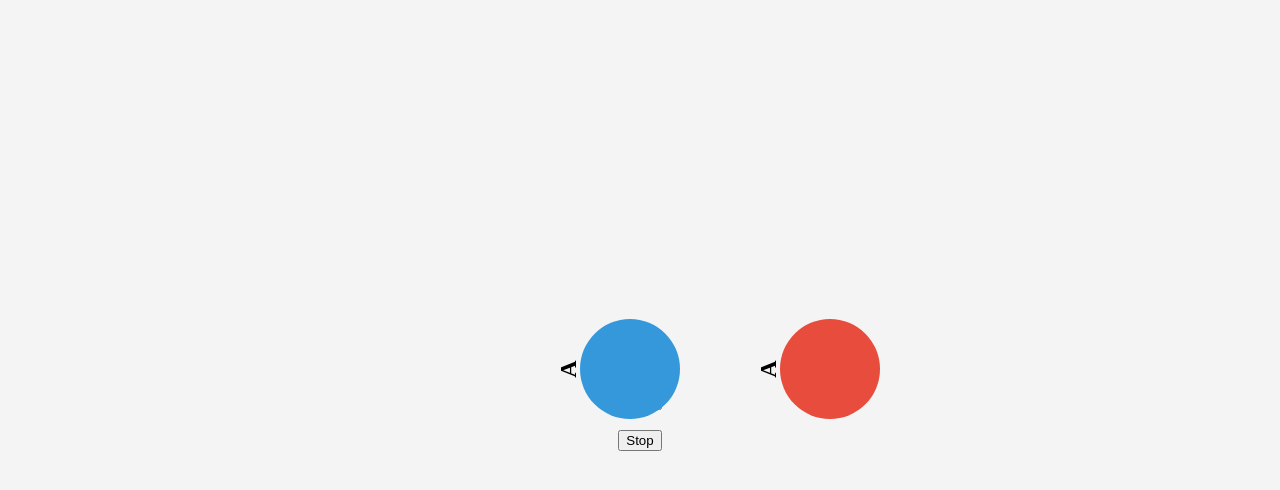
Repository: boshi-an/Isorhythm
Page: .vscode/Isorhythm/index.html
These files come from the project's save history. The page is drawn as it stood at one moment and after the next save; the edit follows.
The browser window is 1280 px wide. The pictures show the whole page.

Above is the page before, as saved 2023-10-18 17:42:49.

After the next save:
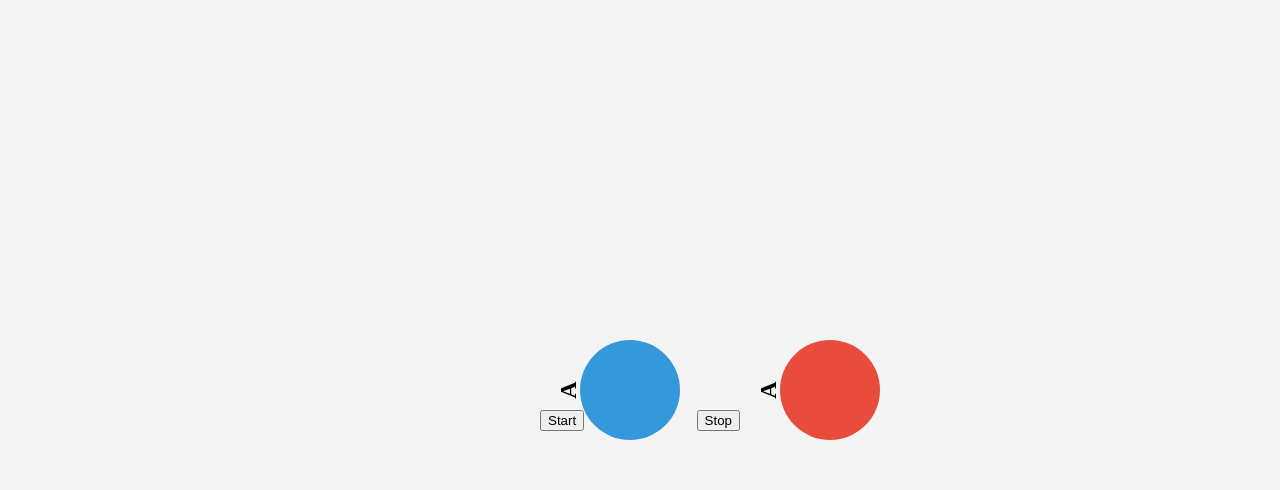
Saved 112 s later.
--- a/.vscode/Isorhythm/index.html
+++ b/.vscode/Isorhythm/index.html
@@ -17,8 +17,10 @@
             <div class="letter">A</div>
         </div>
     </div>
-    <button id="startBtn">Start</button>
-    <button id="stopBtn">Stop</button>
+    <div class="uiContainer">
+        <button id="startBtn">Start</button>
+        <button id="stopBtn">Stop</button>
+    </div>
     <script src="script.js"></script>
 </body>
 
